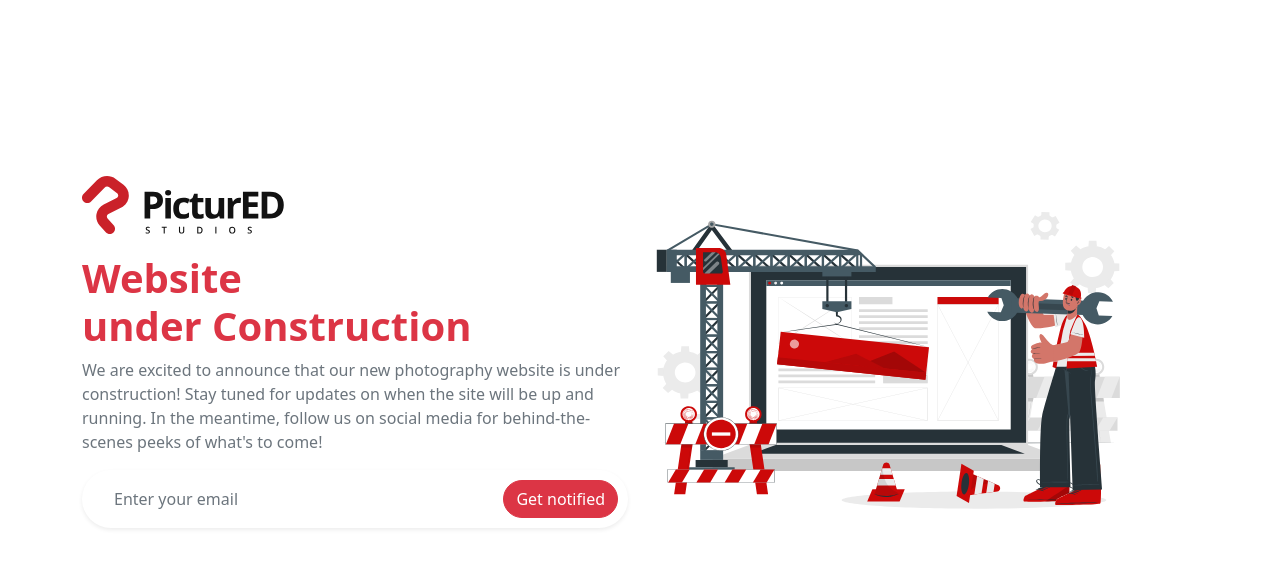
Repository: tHEO2k17/pictured
Page: /
The author's editor kept a copy of each file at every save. The page is drawn from the files as they stood at one save, then again after the next save.
The browser window is 1280 px wide. The pictures show the whole page.
The project was rebuilt for these pictures with package versions that can differ from the ones it lists, and the page was loaded fresh each time.

Above is the page before, as saved 2022-09-14 14:27:59.

### src/index.scss
@import '~bootstrap/scss/bootstrap.scss';

.input-group {
  // border: 1px solid #eee;
  border-radius: 50px;
  padding: 10px 10px 10px 20px;
}

.input-group > :not(:first-child):not(.dropdown-menu):not(.valid-tooltip):not(.valid-feedback):not(.invalid-tooltip):not(.invalid-feedback) {
  margin-left: 20px;
  border-radius: 20px;
}

.form-control {
  border: unset;
}

.form-control:focus {
  background-color: #fff;
  border-color: unset;
  outline: 0;
  box-shadow: unset;
}

### src/App.tsx
import React from "react";
import {
  Container,
  Col,
  Row,
  Image,
  InputGroup,
  Button,
  Form,
} from "react-bootstrap";
import logo from "./core/res/images/logo.svg";
import sideImage from "./core/res/images/side-image.svg";

function App() {
  return (
    <Container className="min-vh-100">
      <Row className="min-vh-100 align-items-center">
        <Col>
          <Image src={logo} />
          <h1 className="text-danger fw-bold mt-3">
            Website <br /> under Construction
          </h1>

          <p className="text-muted">
            We are excited to announce that our new photography website is under
            construction! Stay tuned for updates on when the site will be up and
            running. In the meantime, follow us on social media for
            behind-the-scenes peeks of what's to come!
          </p>

          <InputGroup className="mt-3 mb-3 shadow-sm">
            <Form.Control
              placeholder="Enter your email"
              aria-label="Enter your email"
              aria-describedby="basic-addon2"
            />
            <Button variant="danger" id="button-addon2">
              Get notified
            </Button>
          </InputGroup>

          {/* <Row>
            <Col md={{ span: 8, offset: 2 }}>
              <InputGroup className="mb-3 ">
                <Form.Control
                  placeholder="Recipient's username"
                  aria-label="Recipient's username"
                  aria-describedby="basic-addon2"
                />
                <Button variant="outline-secondary" id="button-addon2">
                  Button
                </Button>
              </InputGroup>
            </Col>
          </Row> */}
        </Col>
        <Col>
          <Image src={sideImage} />
        </Col>
      </Row>
    </Container>
  );
}

export default App;

Loaded but not shown: public/index.html (common file); src/index.tsx (common file)

After the next save:
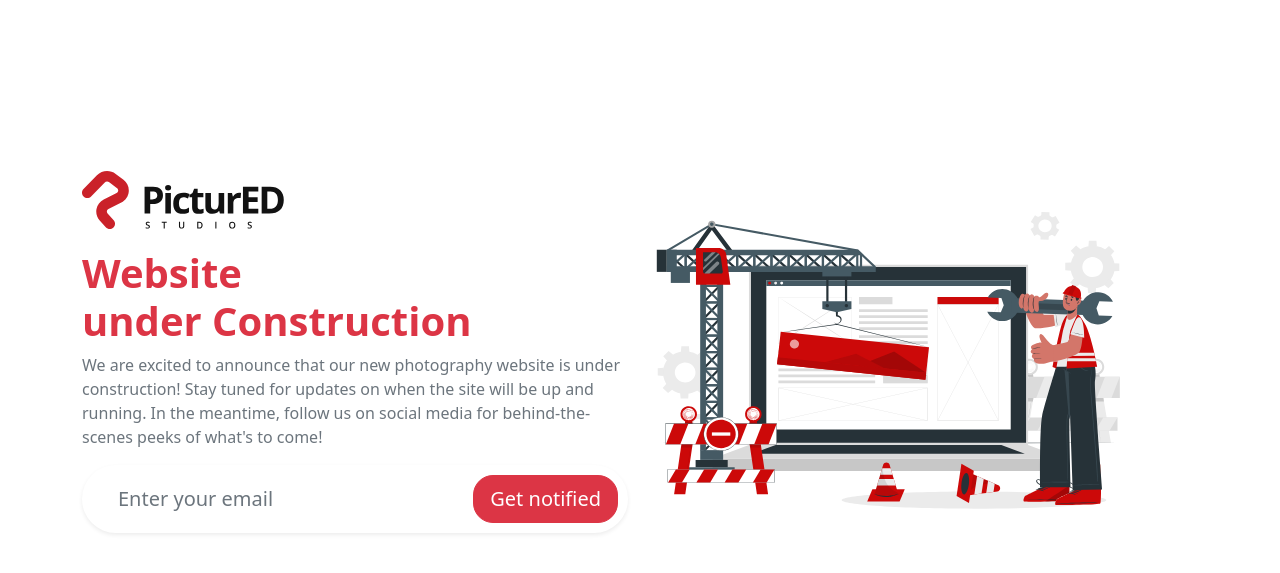
Saved 52 s later.
--- a/src/App.tsx
+++ b/src/App.tsx
@@ -28,7 +28,7 @@ function App() {
             behind-the-scenes peeks of what's to come!
           </p>
 
-          <InputGroup className="mt-3 mb-3 shadow-sm">
+          <InputGroup size="lg" className="mt-3 mb-3 shadow-sm">
             <Form.Control
               placeholder="Enter your email"
               aria-label="Enter your email"
